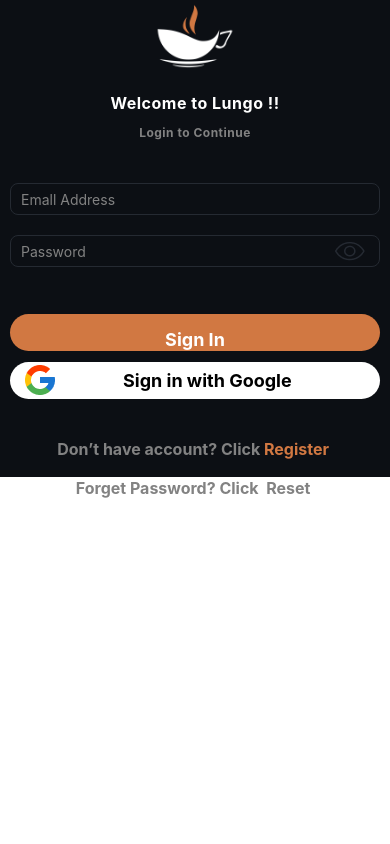
Repository: nguoilaisaochoi/App-coffe
Screen: /
An editor plug-in stored every save of this project. The screen is shown before and after the next save, followed by the edit.
The app was drawn by React Native's web renderer in a window 390 px wide. The project was rebuilt for these pictures with package versions that can differ from the ones it lists, and the page was loaded fresh each time.

Above is the screen before, as saved 2024-01-12 21:21:03.

### App.tsx
import { View, Text } from 'react-native'
import React from 'react'
import Login from './src/Login'
import Register from './src/Register'
const App = () => {
  return (
    <View>
      <Login/>
    </View>
  )
}

export default App

### src/Login.js
import {
  View,
  TextInput,
  TouchableOpacity,
  StyleSheet,
  Image,
  Text,
} from 'react-native';
import React, {useState} from 'react';

const Login = () => {
  const [password, setPassword] = useState('');
  const [showPassword, setShowPassword] = useState(false);

  const toggleShowPassword = () => {
    setShowPassword(!showPassword);
  };
  return (
    <View style={mystyle.body}>
      <View style={mystyle.head}>
        <Image
          source={require('../assets/img/logo.png')}
          style={mystyle.logo}></Image>
        <Text style={mystyle.welcome}>Welcome to Lungo !!</Text>
        <Text style={mystyle.welcome2}>Login to Continue</Text>
        <TextInput
          style={mystyle.input}
          placeholder="Emall Address"
          placeholderTextColor="#828282"
        />
        <View style={mystyle.iconContainer}>
          <TextInput
            placeholderTextColor="#828282"
            secureTextEntry={!showPassword}
            value={password}
            style={mystyle.inputpass}
            placeholder="Password"
            onChangeText={setPassword}></TextInput>
          <TouchableOpacity onPress={toggleShowPassword} style={mystyle.icon}>
            <Image source={require('../assets/img/eyes.png')} />
          </TouchableOpacity>
        </View>
        <TouchableOpacity
          onPress={() => console.log('Sign In')}
          style={mystyle.button1}>
          <Text style={mystyle.buttonText}>Sign In</Text>
        </TouchableOpacity>
        <TouchableOpacity
          onPress={() => console.log('Sign In')}
          style={mystyle.button2}>
          <Image
            source={require('../assets/img/google.png')}
          />
          <Text style={mystyle.buttonText2}>Sign in with Google</Text>
        </TouchableOpacity>
        <View style={mystyle.donacc}>
          <Text style={mystyle.donaccText}>Don’t have account? Click </Text>
          <Text style={(mystyle.donaccText2)}>
            Register{' '}
          </Text>
        </View>
        <View style={mystyle.donacc}>
          <Text style={mystyle.donaccText}>Forget Password? Click </Text>
          <Text style={mystyle.donaccText}> Reset </Text>
        </View>
      </View>
    </View>
  );
};

export default Login;
const mystyle = StyleSheet.create({
  body: {
    padding: 10,
    width: '100%',
    height: '100%',
    backgroundColor: '#0C0F14',
  },
  head: {
    width: '100%',
    height: '100%',
    display: 'flex',
    flexDirection: 'column',
    alignItems: 'center',
    justifyContent: 'center',
  },
  logo: {
    width: '50%',
    height: '25%',
    resizeMode: 'contain',
  },
  welcome: {
    color: '#FFF',
    fontSize: 16,
    fontWeight: '700',
    letterSpacing: 0.5,
    marginBottom: '2%',
  },
  welcome2: {
    color: '#828282',
    fontSize: 12,
    fontWeight: '700',
    lineHeight: 26,
    letterSpacing: 0.5,
    marginBottom: '10%',
  },
  input: {
    width: '100%',
    borderRadius: 8,
    borderWidth: 1,
    marginBottom: 10,
    borderColor: '#252A32',
    padding: 10,
    height: '7%',
  },
  iconContainer: {
    width: '100%',
    height: '7%',
    margin: 10,
    flexDirection: 'row',
    borderRadius: 8,
    borderWidth: 1,
    borderColor: '#252A32',
  },
  inputpass: {
    padding: 10,
  },
  inputpass: {
    width: '85%',
    padding: 10,
    color: 'white',
  },
  icon: {
    alignItems: 'flex-end',
    justifyContent: 'center',
    marginLeft: '3%',
  },
  button1: {
    width: '100%',
    height: '8%',
    borderRadius: 20,
    backgroundColor: '#D17842',
    padding: 15,
    marginTop: '10%',
    marginBottom: '3%',
    display: 'flex',
    alignItems: 'center',
  },
  buttonText: {
    color: '#FFF',
    textAlign: 'center',
    fontSize: 18,
    fontWeight: 'bold',
  },
  button2: {
    display: 'flex',
    flexDirection: 'row',
    width: '100%',
    height: '8%',
    borderRadius: 20,
    backgroundColor: 'white',
    padding: 15,
    alignItems: 'center',
    justifyContent: 'flex-start',
    marginBottom: '6%',
  },
  buttonText2: {
    color: 'black',
    textAlign: 'center',
    fontSize: 18,
    fontWeight: 'bold',
    marginLeft: '20%',
  },
  donacc: {
    display: 'flex',
    flexDirection: 'row',
    justifyContent: 'center',
    alignItems: 'center',
    marginTop: '5%',
  },
  donaccText: {
    color: '#828282',
    fontSize: 16,
    fontWeight: '700',
  },
  donaccText2: {
    color: '#D17842',
    fontSize: 16,
    fontWeight: '700',
  },
});

After the next save:
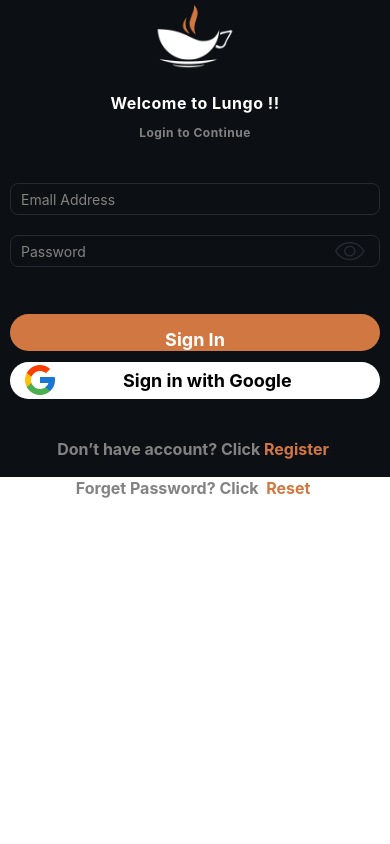
Saved 44 s later.
--- a/src/Login.js
+++ b/src/Login.js
@@ -61,7 +61,7 @@
         </View>
         <View style={mystyle.donacc}>
           <Text style={mystyle.donaccText}>Forget Password? Click </Text>
-          <Text style={mystyle.donaccText}> Reset </Text>
+          <Text style={mystyle.donaccText2}> Reset </Text>
         </View>
       </View>
     </View>
